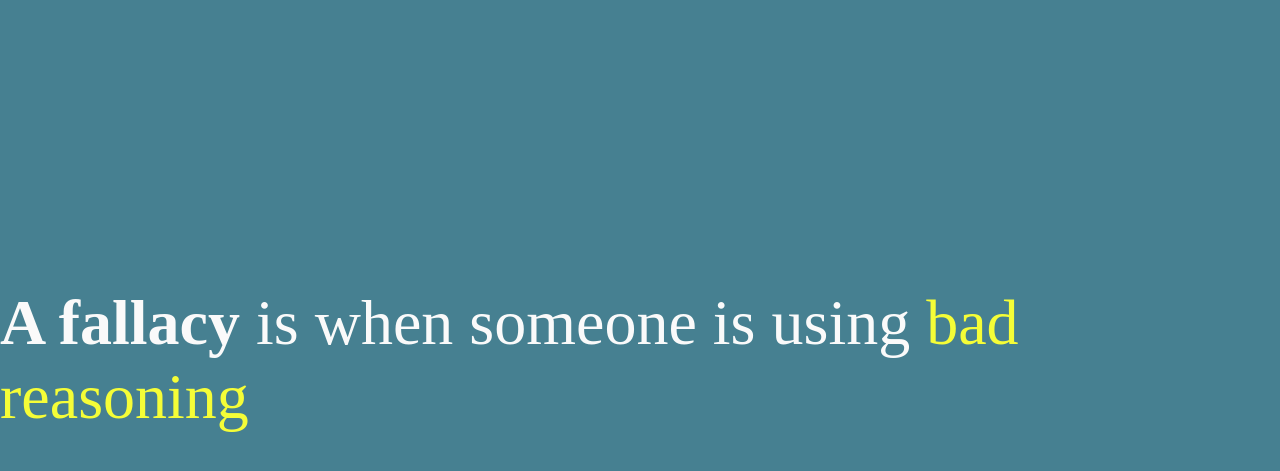
Repository: cindyvunguyen/fallacy
Page: index.html
The author's editor kept a copy of each file at every save. The page is drawn from the files as they stood at one save, then again after the next save.
The browser window is 1280 px wide. The pictures show the whole page.
Some web fonts or font styles are not loaded; a fallback is used.

Above is the page before, as saved 2020-03-13 20:07:49.
Console error: SyntaxError: Unexpected token 'function'

After the next save:
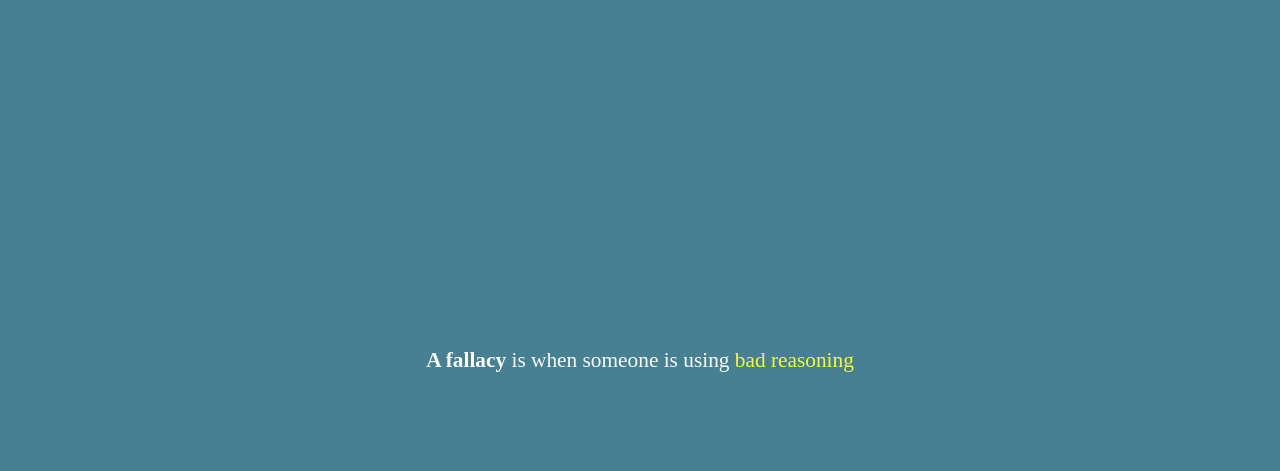
Saved 15 s later.
--- a/style.css
+++ b/style.css
@@ -185,7 +185,7 @@ body {
     flex-direction: column;
     align-items: center;
     justify-content: center;
-    font-size: 48pt;
+    font-size: 16pt;
 }
 
 #text-emphasis {
